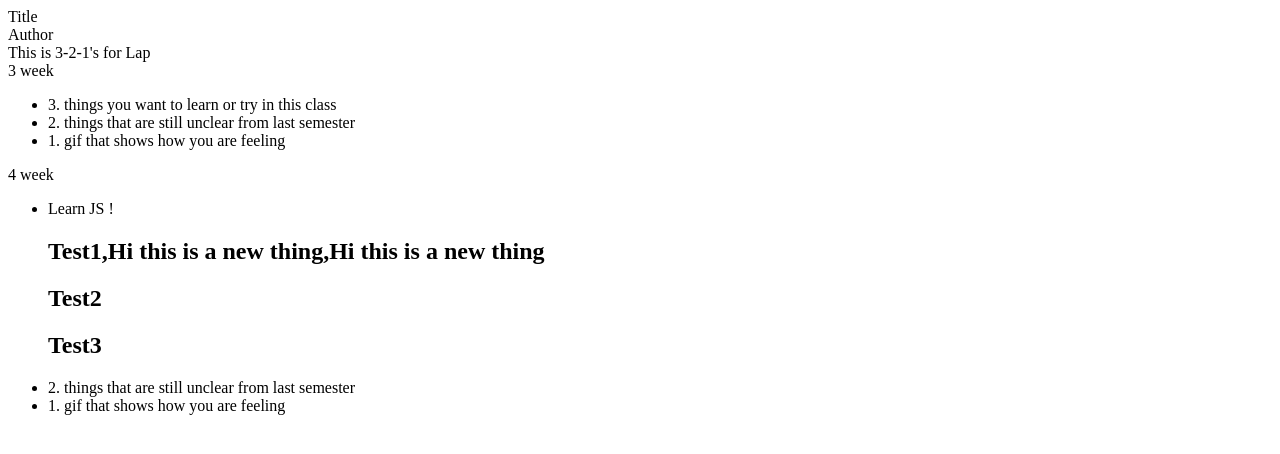
Repository: HyunJunggggg/MDIA2109
Page: inclass/index.html
These files come from the project's save history. The page is drawn as it stood at one moment and after the next save; the edit follows.
The browser window is 1280 px wide. The pictures show the whole page.

Above is the page before, as saved 2025-01-30 15:36:24.
Console error: ReferenceError: $ is not defined

### inclass/index.html
<!DOCTYPE html>
<html lang="en">
    <head>
        <!-- Meta -->
        <meta charset="UTF-8" />
        <meta name="viewport" content="width=device-width, initial-scale=1.0" />
        <link rel="stylesheet" href="style.css" />
        <title> HyunJung's Blog 😉 </title>
    </head>

    <!-- body -->
    <body>
        <section>
            <div class="container" id="rats-ass">
                <header class="container__header">
                    <div class="container__title">Title</div>
                    <div class="container__contextual--info">Author</div>
                </header>
                <div class="container__content">
                    This is 3-2-1's for Lap

                    <div class="container">
                        <header class="container__header">
                            <div class="container__color container__title">3 week</div>
                        </header>
                        <div
                            class="container__content container__content--tight">
                            <ul>
                                <li>
                                    3. things you want to learn or try in this
                                    class
                                </li>
                                <li>
                                    2. things that are still unclear from last
                                    semester
                                </li>
                                <li>1. gif that shows how you are feeling</li>
                            </ul>
                        </div>
                    </div>

                    <div class="container">
                        <header class="container__header">
                            <div class="container__color container__title "> 4 week</div>
                        </header>
                        <div
                            class="container__content container__content--tight">
                            <ul>
                                <li>
                                   Learn JS !
                                   <h1>Test1</h1>
                                   <h1>Test2</h1>
                                   <h1>Test3</h1>
                                </li>
                                <li>
                                    2. things that are still unclear from last
                                    semester
                                </li>
                                <li>1. gif that shows how you are feeling</li>
                            </ul>
                        </div>
                    </div>

                </div>
            </div>
        </section>
        <script src="main.js"></script>
    </body>
</html>

### inclass/main.js
console.log('Hello ! This is my 🍉');

// let catName= 'kitten';

// if (catName === 'apple') {
//   window.alert('yeah! Hello kitten ? ');
// } else {
//   window.alert ("Who are you?");
// }

let $title = document.querySelector('h1');
// querySelecor -> target one thing
// if var has $ <- this mean, it just reference document.
console.log($title);

$title.append(',Hi this is a new thing');

let $headerElement = document.querySelectorAll('h1');
$headerElement[0].append(',Hi this is a new thing');
// querySelectorAll - shows array , so it should target

let $subheader = document.createElement('h2');
$.append(',something');

Loaded but not shown: inclass/style.css (no copy from this time; the picture is the same without it)

After the next save:
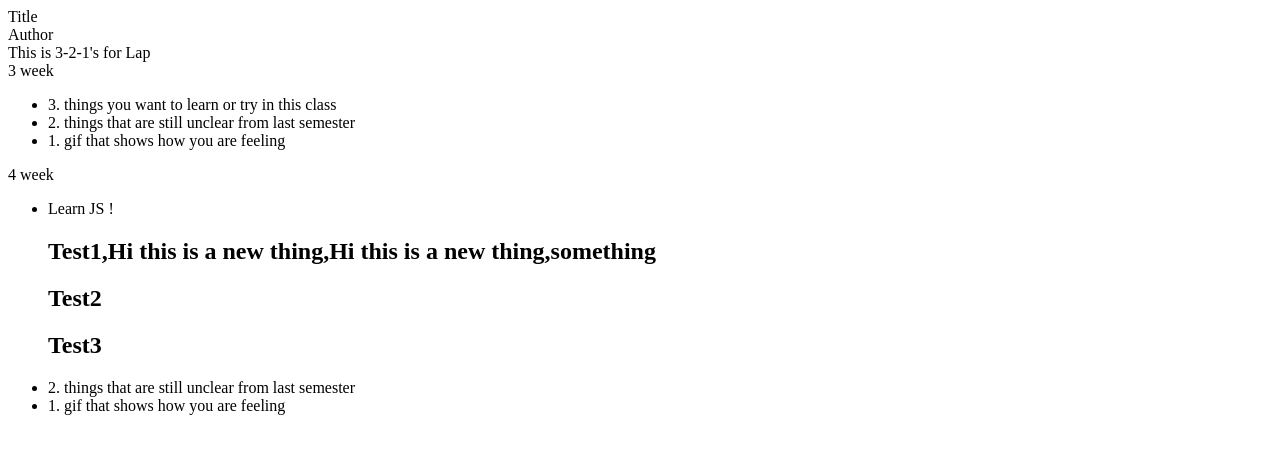
The error is gone.
Saved 4 s later.
--- a/inclass/main.js
+++ b/inclass/main.js
@@ -20,4 +20,4 @@ $headerElement[0].append(',Hi this is a new thing');
 // querySelectorAll - shows array , so it should target
 
 let $subheader = document.createElement('h2');
-$.append(',something');
+$title.append(',something');
